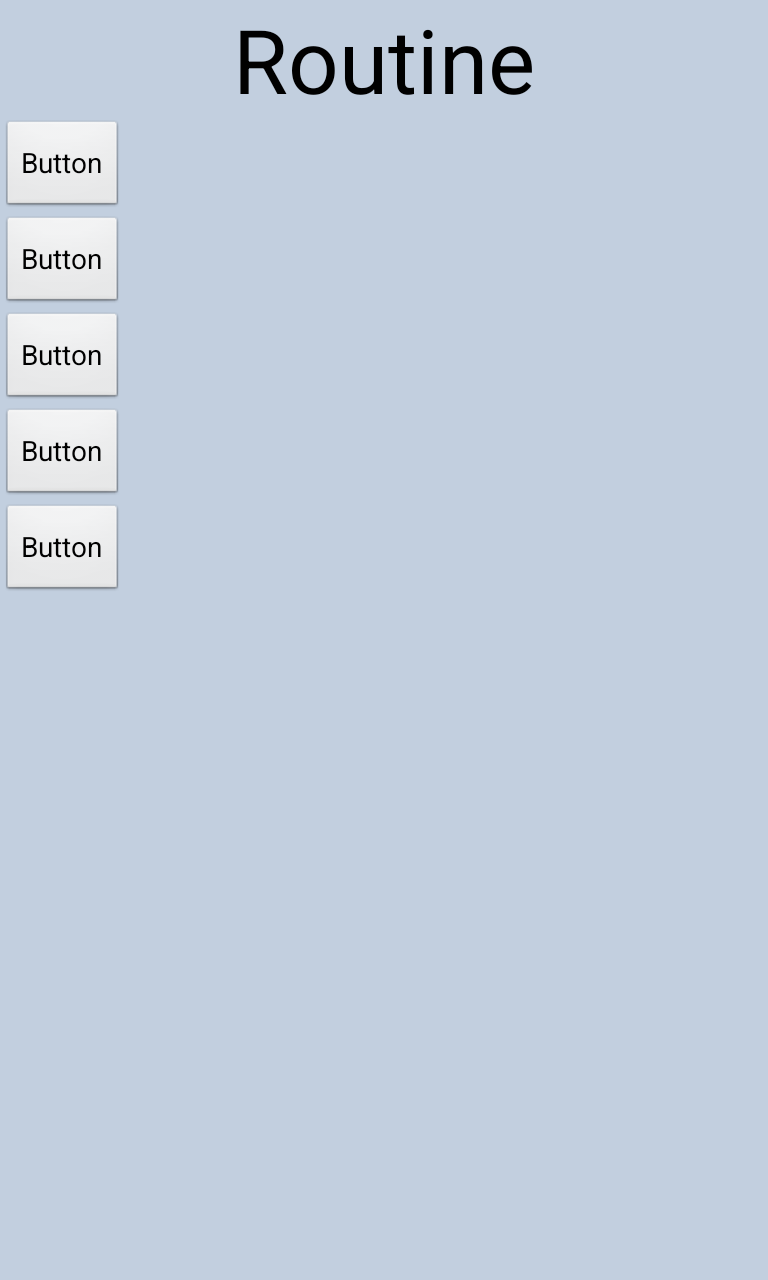
Repository: parinya1968/My-project
Layout: DroidWork/getBig/res/layout/viewr.xml
These files come from the project's save history. The layout is drawn as it stood at one moment and after the next save; the edit follows.
It is drawn on a 768 x 1280 px phone screen (xhdpi) without system bars, with theme android:Theme.NoTitleBar.Fullscreen; the app's code is not run.

Above is the layout before, as saved 2012-06-20 06:42:52.

### DroidWork/getBig/res/layout/viewr.xml
<?xml version="1.0" encoding="utf-8"?>
<LinearLayout xmlns:android="http://schemas.android.com/apk/res/android"
    android:layout_width="fill_parent"
    android:layout_height="fill_parent"
    android:background="#C2CFDF"
    android:orientation="vertical" >



    <TextView
        android:id="@+id/textView1"
        android:layout_width="wrap_content"
        android:layout_height="wrap_content"
        android:layout_gravity="center_horizontal"
        android:text="Routine"
        android:textColor="#000000"
        android:textSize="20pt" />

    <Button
        android:id="@+id/button1"
        android:layout_width="wrap_content"
        android:layout_height="wrap_content"
        android:text="Button" />

    <Button
        android:id="@+id/button2"
        android:layout_width="wrap_content"
        android:layout_height="wrap_content"
        android:text="Button" />

    <Button
        android:id="@+id/button3"
        android:layout_width="wrap_content"
        android:layout_height="wrap_content"
        android:text="Button" />

    <Button
        android:id="@+id/button4"
        android:layout_width="wrap_content"
        android:layout_height="wrap_content"
        android:text="Button" />

    <Button
        android:id="@+id/button5"
        android:layout_width="wrap_content"
        android:layout_height="wrap_content"
        android:text="Button" />

</LinearLayout>

After the next save:
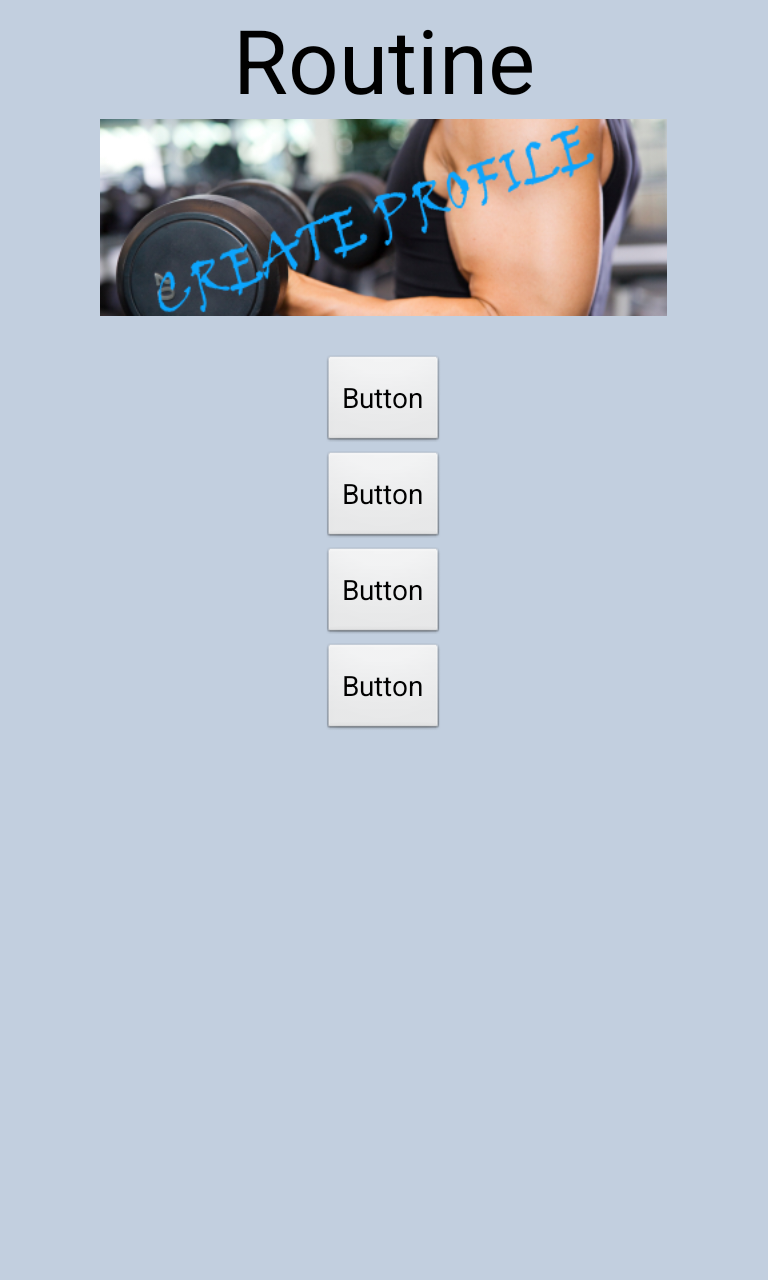
Saved 11 min 20 s later.
--- a/DroidWork/getBig/res/layout/viewr.xml
+++ b/DroidWork/getBig/res/layout/viewr.xml
@@ -16,34 +16,45 @@
         android:textColor="#000000"
         android:textSize="20pt" />
 
+
     <Button
-        android:id="@+id/button1"
+        android:id="@+id/group_routine"
         android:layout_width="wrap_content"
         android:layout_height="wrap_content"
-        android:text="Button" />
+        android:layout_gravity="center"
+        android:background="@android:color/transparent"
+        android:drawableTop="@drawable/createprofile" />
+
 
     <Button
         android:id="@+id/button2"
         android:layout_width="wrap_content"
         android:layout_height="wrap_content"
+        android:layout_gravity="center"
         android:text="Button" />
+
 
     <Button
         android:id="@+id/button3"
         android:layout_width="wrap_content"
         android:layout_height="wrap_content"
+        android:layout_gravity="center"
         android:text="Button" />
+
 
     <Button
         android:id="@+id/button4"
         android:layout_width="wrap_content"
         android:layout_height="wrap_content"
+        android:layout_gravity="center"
         android:text="Button" />
+
 
     <Button
         android:id="@+id/button5"
         android:layout_width="wrap_content"
         android:layout_height="wrap_content"
+        android:layout_gravity="center"
         android:text="Button" />
 
 </LinearLayout>
